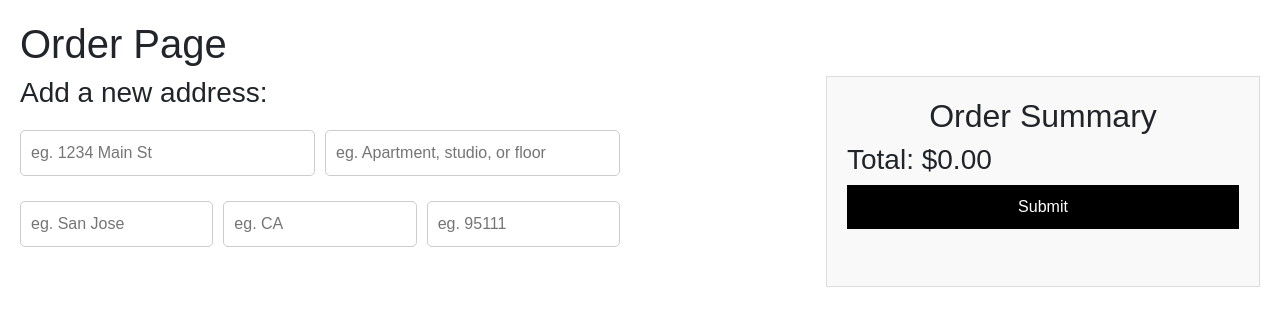
Repository: chelseajaculina/lab2-uber-eats
Page: /order (app in frontend/)
An editor plug-in stored every save of this project. The page is shown before and after the next save, followed by the edit.
The browser window is 1280 px wide. The pictures show the whole page.
The page's requests for data from a server got no answer. The project was rebuilt for these pictures with package versions that can differ from the ones it lists, and the page was loaded fresh each time. No one was signed in, and anything a server would have sent is missing. Also part of the build but not shown: frontend/src/components/Home.css, frontend/src/components/Logout.css, frontend/src/components/Logout.js, frontend/src/components/CartModal.css, frontend/src/components/CartModal.js, frontend/src/components/NavBarHome.js, frontend/src/components/Home.js, frontend/src/components/CustomerSignUp.js and 25 more.

Above is the page before, as saved 2024-11-23 00:01:18.

After the next save:
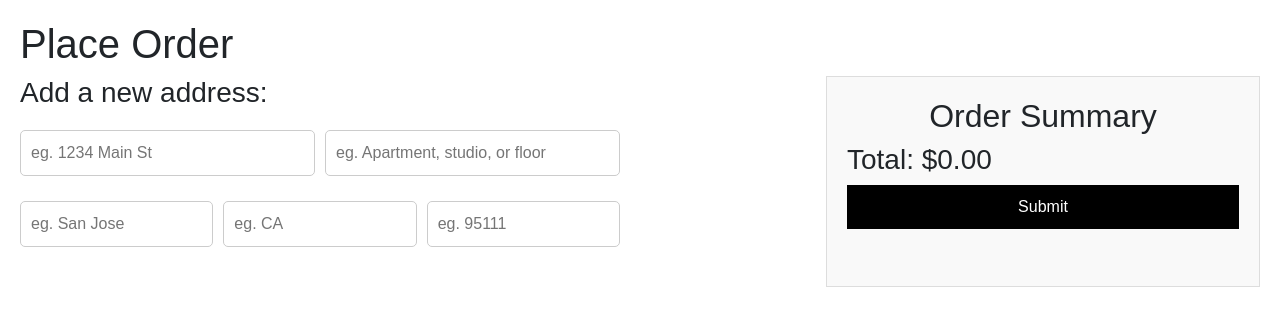
Saved 4 s later.
--- a/frontend/src/components/OrderPage.js
+++ b/frontend/src/components/OrderPage.js
@@ -83,7 +83,7 @@ const OrderPage = () => {
 
   return (
     <div className="order-page">
-      <h1>Order Page</h1>
+      <h1>Place Order</h1>
 
       <div className="order-container">
         <div className="address-section">
